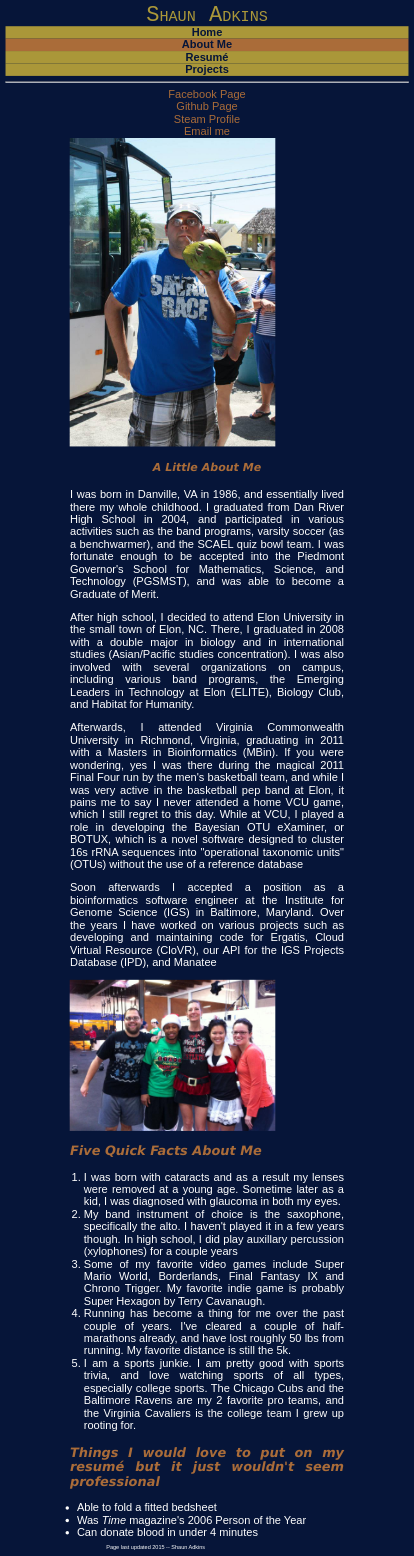
Repository: adkinsrs/sadkins_site
Page: html/about.html
The author's editor kept a record of every edit. The page is drawn from the files as they stood at one moment, then again after the next edit.
The browser window is 600 px wide. The pictures show the whole page, at 69% of full size.

Above is the page before.

### html/about.html
<!DOCTYPE html>

<!--
About Me Page
-->
<html lang="en">
    <head>
        <meta charset="utf-8" />
        <meta name="viewport" content="width=device-width">
        <title>About Me</title>
        <link rel="stylesheet" href="../css/main.css" type="text/css"/>
    </head>

    <body>
        <nav>
            <a class="site_name" href="/">Shaun Adkins</a>
            <ul>
                <li class="navmenu"><a class="otherpage" href="./home.html">Home</a></li>
                <li class="navmenu"><a class="current" href="./about.html">About Me</a></li>
                <li class="navmenu"><a class="otherpage" href="./resume.html">Resum&#233;</a></li>
                <li class="navmenu"><a class="otherpage" href="./projects.html">Projects</a></li>
            </ul>
        <nav>
        <hr>

        <aside>
            <ul>
                <li><a class="links" target="_blank" href="https://www.facebook.com/adkinsrs">Facebook Page</a></li>
                <li><a class="links" target="_blank" href="https://github.com/adkinsrs">Github Page</a></li>
                <li><a class="links" target="_blank" href="http://steamcommunity.com/id/MeNoSeeGood">Steam Profile</a></li>
                <li><a class="links" target="_blank" href="mailto:shaun.adkins@gmail.com?Subject=SAdkins%20Website">Email me</a></li>
            </ul>
        </aside>

        <section>
            <img src="../images/cruise_coconut.jpg" alt="Sipping on a coconut in the Bahamas">

            <h1>A Little About Me</h1>

            <p>
                I was born in Danville, VA in 1986, and essentially lived there my whole childhood.  I graduated from Dan River High School in 2004, and participated in various activities such as the band programs, varsity soccer (as a benchwarmer), and the SCAEL quiz bowl team.  I was fortunate enough to be accepted into the Piedmont Governor's School for Mathematics, Science, and Technology (PGSMST), and was able to become a Graduate of Merit.
            </p>
            <p>
                After high school, I decided to attend Elon University in the small town of Elon, NC.  There, I graduated in 2008 with a double major in biology and in international studies (Asian/Pacific studies concentration).  I was also involved with several organizations on campus, including various band programs, the Emerging Leaders in Technology at Elon (ELITE), Biology Club, and Habitat for Humanity.
            </p>
            <p>
                Afterwards, I attended Virginia Commonwealth University in Richmond, Virginia, graduating in 2011 with a Masters in Bioinformatics (MBin).  If you were wondering, yes I was there during the magical 2011 Final Four run by the men's basketball team, and while I was very active in the basketball pep band at Elon, it pains me to say I never attended a home VCU game, which I still regret to this day.  While at VCU, I played a role in developing the Bayesian OTU eXaminer, or BOTUX, which is a novel software designed to cluster 16s rRNA sequences into "operational taxonomic units" (OTUs) without the use of a reference database
            </p>
            <p>
                Soon afterwards I accepted a position as a bioinformatics software engineer at the Institute for Genome Science (IGS) in Baltimore, Maryland.  Over the years I have worked on various projects such as developing and maintaining code for Ergatis, Cloud Virtual Resource (CloVR), our API for the IGS Projects Database (IPD), and Manatee
            </p>

            <img src="../images/crossfit.jpg" alt="Insanely tough Christmas Crossfit workout">

            <h3>Five Quick Facts About Me</h3>
            <ol>
                <li>I was born with cataracts and as a result my lenses were removed at a young age.  Sometime later as a kid, I was diagnosed with glaucoma in both my eyes.</li>
                <li>My band instrument of choice is the saxophone, specifically the alto.  I haven't played it in a few years though.  In high school, I did play auxillary percussion (xylophones) for a couple years</li>
                <li>Some of my favorite video games include Super Mario World, Borderlands, Final Fantasy IX and Chrono Trigger.  My favorite indie game is probably Super Hexagon by Terry Cavanaugh.</li>
                <li>Running has become a thing for me over the past couple of years.  I've cleared a couple of half-marathons already, and have lost roughly 50 lbs from running.  My favorite distance is still the 5k.</li>
                <li>I am a sports junkie.  I am pretty good with sports trivia, and love watching sports of all types, especially college sports.  The Chicago Cubs and the Baltimore Ravens are my 2 favorite pro teams, and the Virginia Cavaliers is the college team I grew up rooting for.</li>
            </ol>

            <h3>Things I would love to put on my resum&#233; but it just wouldn't seem professional</h3>
            <ul class="normal_list">
                <li>Able to fold a fitted bedsheet</li>
                <li>Was <i>Time</i> magazine's 2006 Person of the Year</li>
                <li>Can donate blood in under 4 minutes</li>
            </ul>
        </section>

        <footer>
            <p>Page last updated 2015 -- Shaun Adkins</p>
        </footer>
    </body>
</html>

### css/main.css
body {
    background-color: #061539;
    color: #FFFFFF;
    font-family: Arial, Helvetica, sans-serif;
}

/* To support HTML5 elements in Internet Explorer 8 */
header, section, footer, aside, nav, main, article, figure {
    display: block;
}

h1, h3 {
    font-family:"Lucida Sans Unicode", "Lucida Grande", sans-serif;
    color: #AA6C39;
    font-style: italic;
}

hr {
    clear: both;
}

nav {
    text-align: left;
}

ul {
    list-style-type: none;
    margin:0;
    padding: 0;
}

ol {
    padding-left: 20px;
}

img {
    display: block;
    width: 50%;
}

footer {
    width: 50%;
    margin-left: 25%;
    clear: both;
    text-align: left;
}

.navmenu {
    text-align: center;
	font-family: Arial, Helvetica, sans-serif;
    font-weight: bold;
}

/* <a> menu links */
.current, .otherpage {
    display: block;
    text-decoration: none;
    color: #061539;
}

.current, .current:visited {
    background-color: #AA6C39;
}

.otherpage, .otherpage:visited {
    background-color: #AA9739;
}

.current:hover,.otherpage:hover, .links:hover {
    color: #FFFFFF;
}

.links {
    text-decoration: none;
    color: #AA6C39;
}

.site_name {
    text-decoration: none;
    color: #AA9739;
    font-size: 2em;
    font-family: "Courier New", Courier, monospace;
    font-variant: small-caps;
}

.normal_list {
    list-style-type: disc;
    padding-left:10px;
}

/* tablet size screens */
@media screen and (max-width: 720px){
    .navmenu {
        width: 100%;
    }

    .site_name {
        display: block;
        width: 100%;
        text-align: center;
        clear: both;
        line-height: 30px;
    }

    aside {
        width: 100%;
        text-align: center;
        margin: auto;
        float: none;
    }

    section {
        margin-left: 16%;
        margin-right: 16%;
        width: 68%;
        text-align: justify;
    }

    footer {
        font-size: 0.5em;
    }

    h1 {
        text-align: center;
    }

    img {
        width: 75%;
    }
}


/* large size screens */
@media screen and (min-width: 721px){

    aside {
        float: left;
        text-align: left;
        line-height: 30px;
        width: 20%;
        margin-left: 5%;
    }

    section {
        width: 50%;
        float: left;
        text-align: left;
    }

    footer {
        font-size: 0.75em;
    }

    .navmenu {
        float: left;
        width: 15%;
        clear: right;
    }

    /* <a> menu links */
    .current, .otherpage {
        padding: 10px;
    }

    .site_name {
        width: 20%;
        margin-left: 5%;
        float: left;
    }

}

After the next edit:
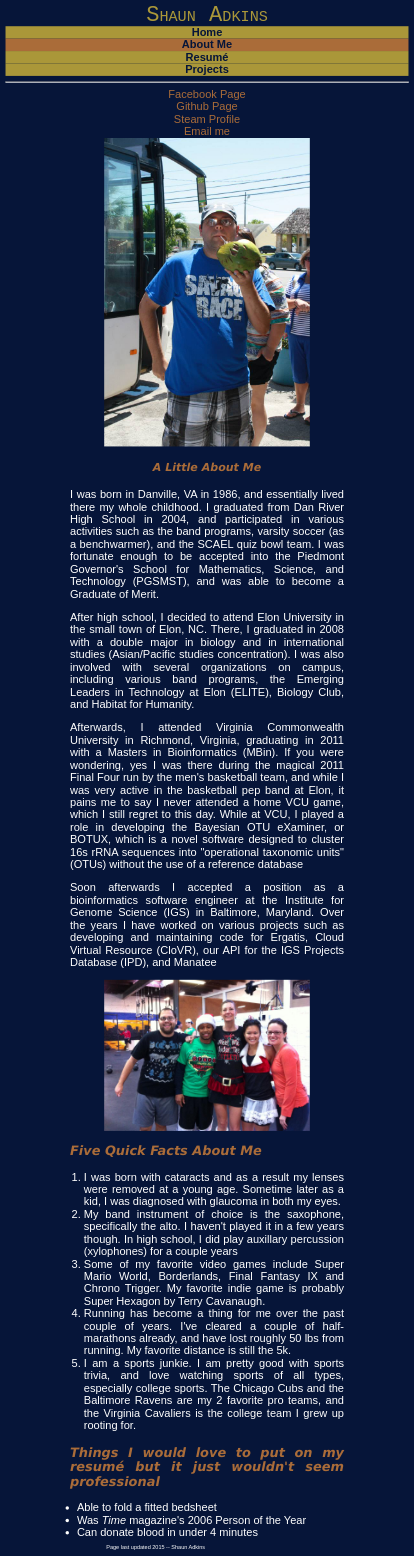
The edit:
--- a/css/main.css
+++ b/css/main.css
@@ -127,6 +127,10 @@
     img {
         width: 75%;
     }
+
+    img {
+        margin: auto;
+    }
 }
 
 
